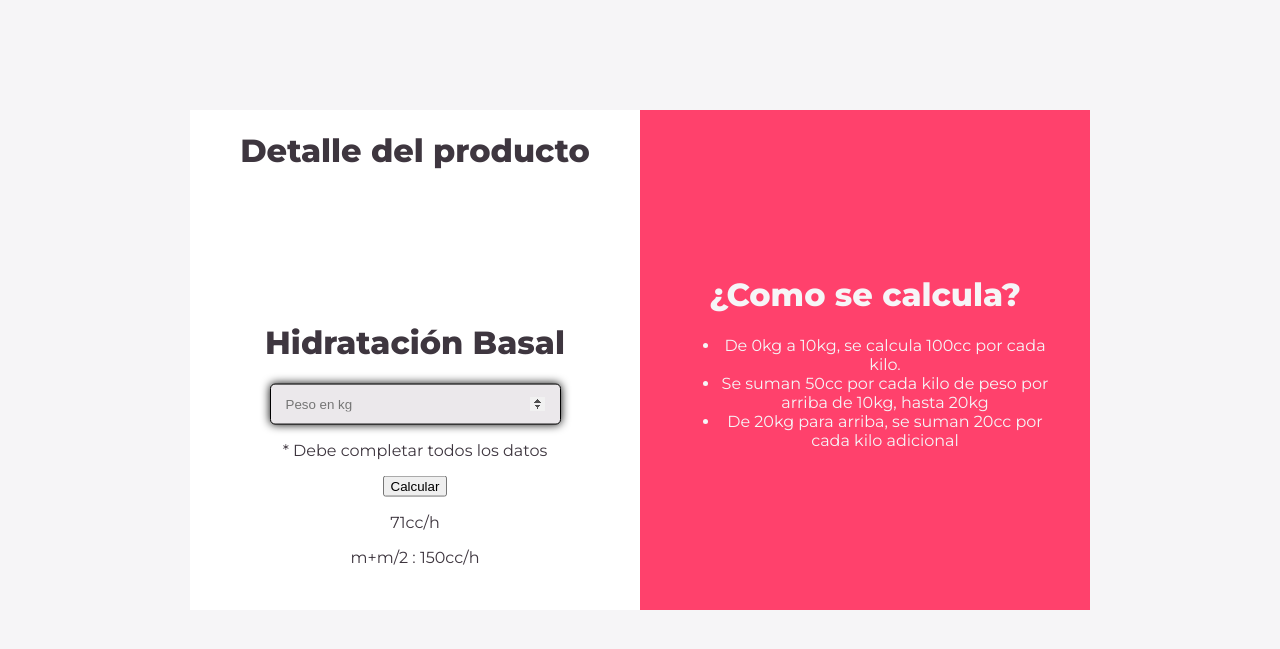
Repository: Fredy452/calculadora_basal
Page: index.html
These files come from the project's save history. The page is drawn as it stood at one moment and after the next save; the edit follows.
The browser window is 1280 px wide. The pictures show the whole page.
The pointer rests on the first visible `input`.

Above is the page before, as saved 2023-04-21 07:57:27.

After the next save:
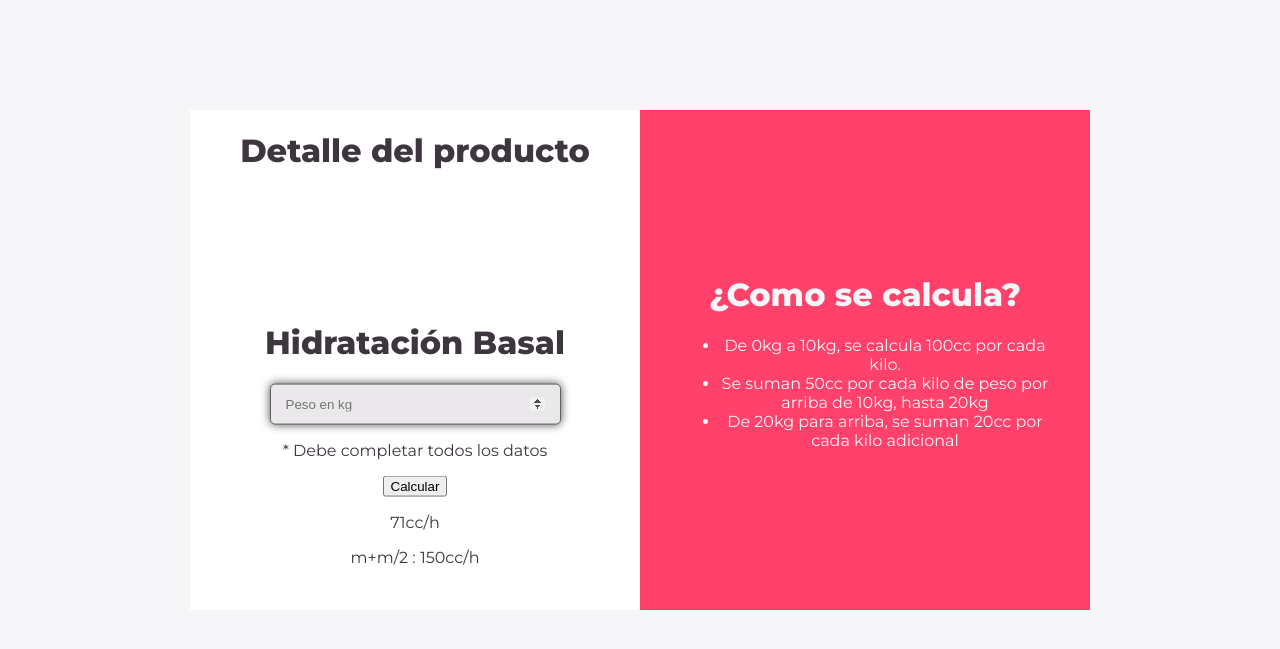
Saved 29 s later.
--- a/style.css
+++ b/style.css
@@ -44,6 +44,6 @@ input{
 }
 input:hover{
     background-color:#ebe8eb;
-    border: 1px solid black;
-    box-shadow: 0 0 10px black;
+    border: 1px solid rgb(94, 94, 94);
+    box-shadow: 0 0 10px rgb(80, 78, 78);
 }
